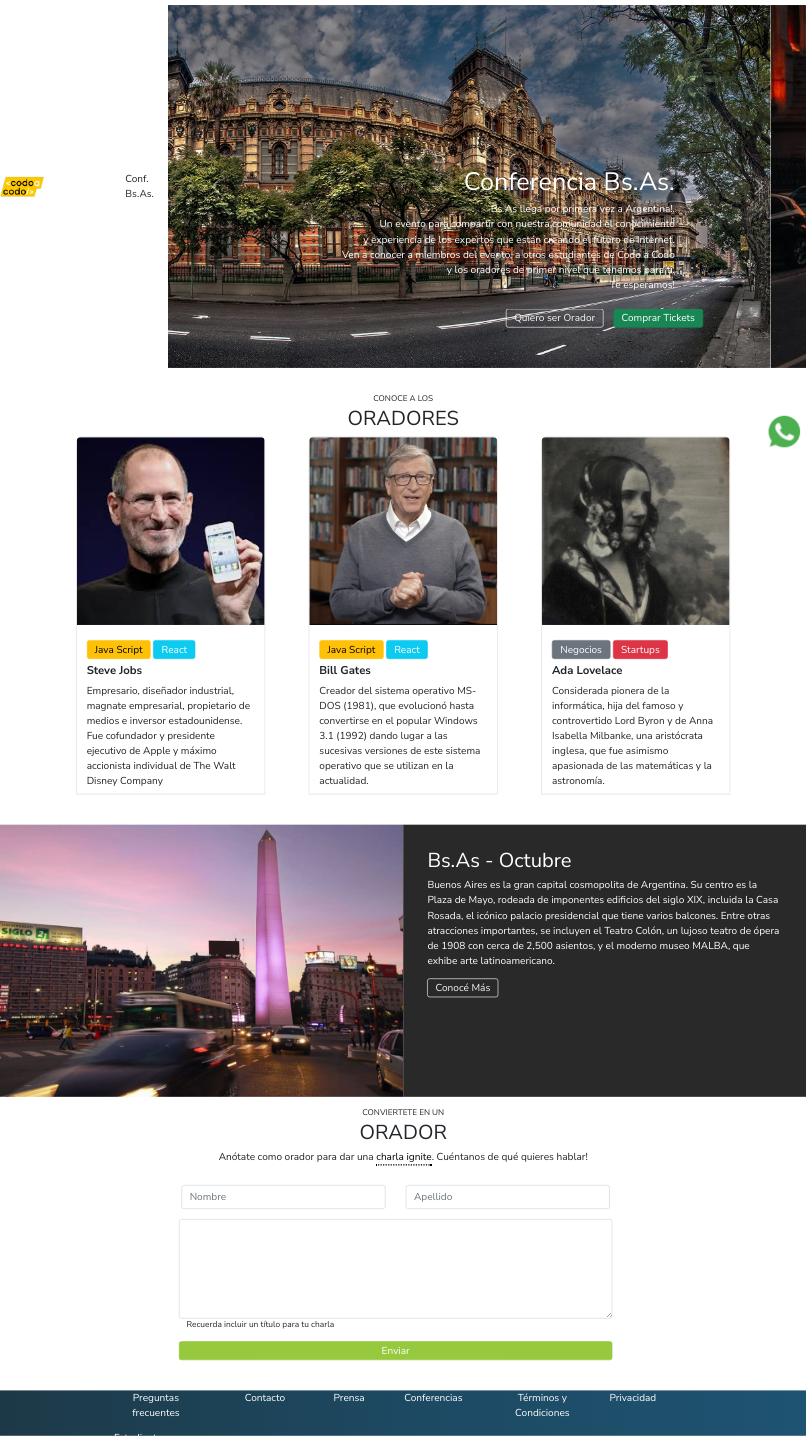
Repository: Melire/trabajo-final-BS
Page: index.html
An editor plug-in stored every save of this project. The page is shown before and after the next save, followed by the edit.
The browser window is 1280 px wide. The pictures show the whole page, at 63% of full size.

Above is the page before, as saved 2023-05-11 18:24:29.

After the next save:
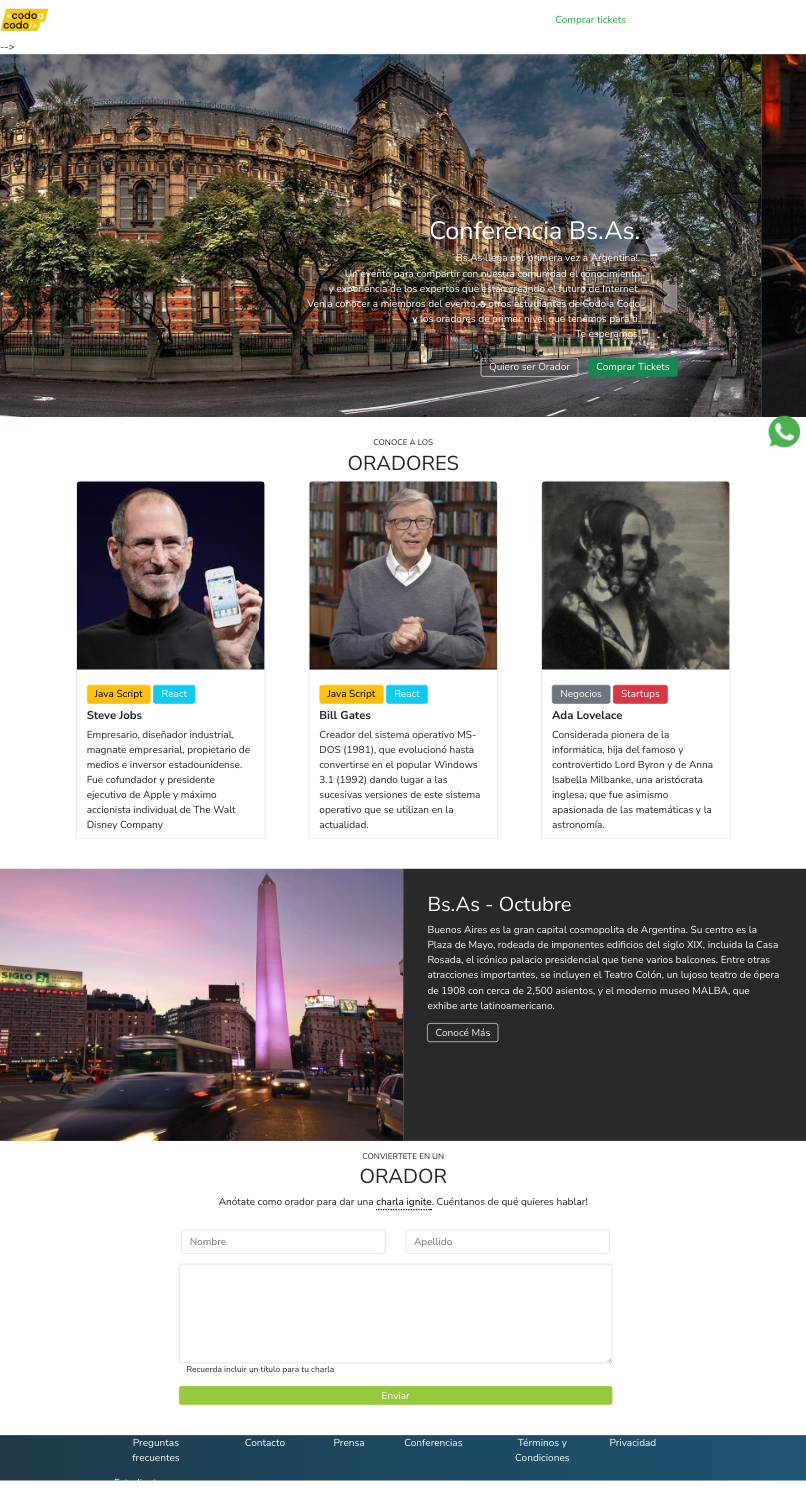
Saved 8 s later.
--- a/index.html
+++ b/index.html
@@ -17,12 +17,6 @@
     <header class="header">
         <nav class="navbar navbar-expand-lg navbar-dark">
             <!--Logo-->
-            <a class="navbar-brand" href="https://www.buenosaires.gob.ar/educacion/codo-codo" target="_blank">
-                    <img src="./assets/img/codoacodo.png" alt="Logo" width="70px" class="d-inline-block align-text-top">
-                    Conf. Bs.As.
-                </a>
-                Conf. Bs.As.
-            </div>
         <!--<div class="headerNav">
             <div class="contenedorLogo">
                 <a href="https://www.buenosaires.gob.ar/educacion/codo-codo" target="_blank">
@@ -30,7 +24,7 @@
                 </a>
                 <h2>Conf. Bs.As.</h2>
             </div>
-            <!--barra de navegacion BS
+            <!--barra de navegacion BS-->
             <div class="contenedorLogo">
                 <a href="https://www.buenosaires.gob.ar/educacion/codo-codo" target="_blank">
                     <img src="./assets/img/codoacodo.png" alt="Logo">
